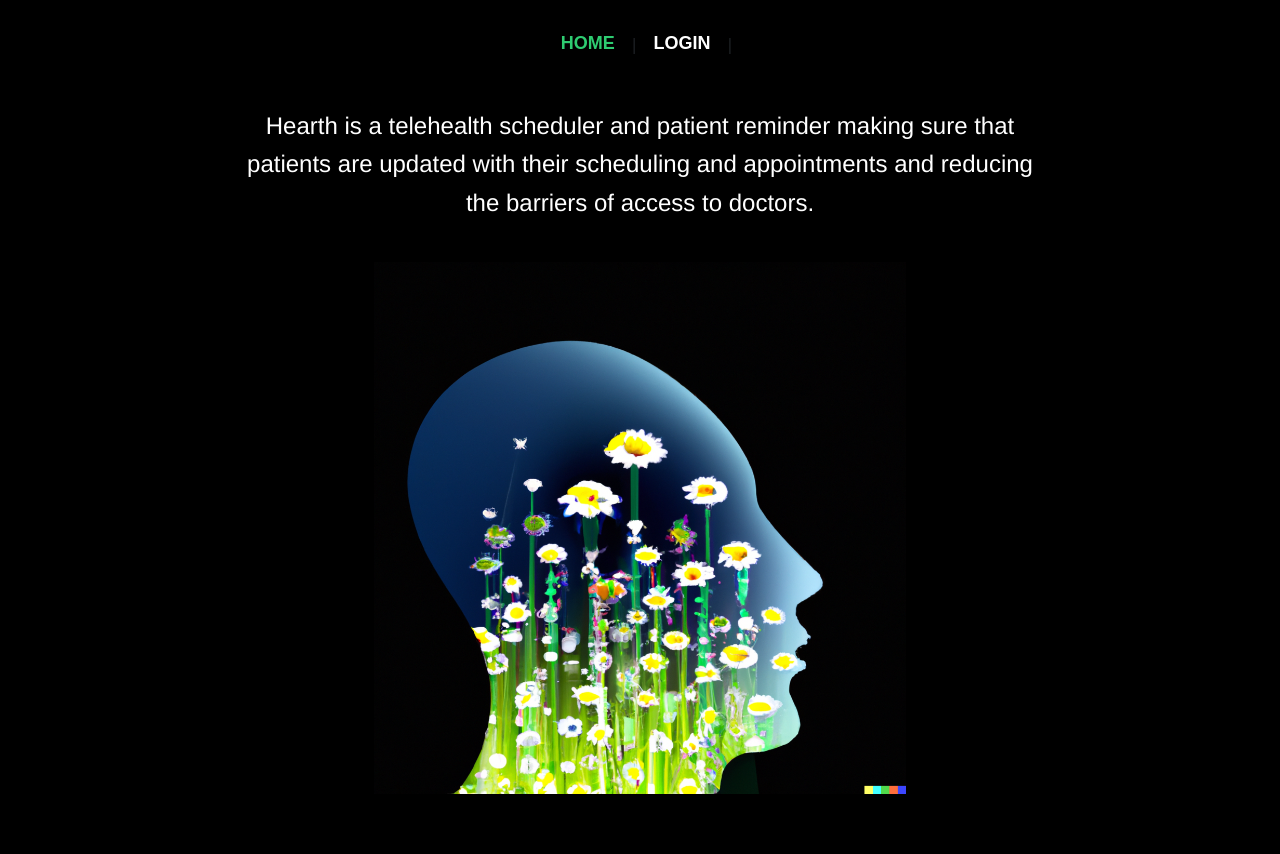
Repository: ag1372/RutgersHealthHackathon
Page: / (app in ruhealthhack/)
These files come from the project's save history. The page is drawn as it stood at one moment and after the next save; the edit follows.
The browser window is 1280 px wide. The pictures show the whole page.
The project was rebuilt for these pictures with package versions that can differ from the ones it lists, and the page was loaded fresh each time. Also part of the build but not shown: ruhealthhack/vue.config.js, ruhealthhack/views/Login.vue, ruhealthhack/views/Registration.vue.

Above is the page before, as saved 2023-11-04 19:08:19.

### ruhealthhack/public/index.html
<!DOCTYPE html>
<html lang="">
  <head>
    <meta charset="utf-8">
    <meta http-equiv="X-UA-Compatible" content="IE=edge">
    <meta name="viewport" content="width=device-width,initial-scale=1.0">
    <!-- <link rel="stylesheet" href="/styles.css"> -->
  </head>
  <body>
    <div id="app"></div>
  </body>
</html>

### ruhealthhack/src/main.js
import { createApp } from 'vue';
import App from './App.vue';
import router from './router';
import '/stylesheets/styles.css';
import 'bootstrap/dist/css/bootstrap.min.css';
import 'bootstrap';


const app = createApp(App);
app.use(router);
app.mount('#app');

### ruhealthhack/src/App.vue
<template>

  <nav>
      <router-link to="/"> Home </router-link> |
      <!-- <router-link to="/registration">Registration</router-link> | -->
      <router-link to="/login">Login</router-link> |
  </nav>
    <router-view></router-view>
</template>

<script>

</script>

### ruhealthhack/src/router/index.js
// src/router/index.js
import { createRouter, createWebHistory } from 'vue-router';
import Home from '/views/Home.vue';
import Login from '/views/Login.vue';
import Registration from '/views/Registration.vue';

// Create a new router instance with our route definitions
const router = createRouter({
  history: createWebHistory(), // Use the history mode to avoid hashes in URLs
  routes: [
    {
      path: '/',
      name: 'Home',
      component: Home,
    },
    {
      path: '/login',
      name: 'Login',
      component: Login,
    },
    {
      path: '/registration',
      name: 'Registration',
      component: Registration,
    },
    // Add more routes as needed
  ],
});

export default router;

### ruhealthhack/stylesheets/styles.css
/* styles.css */
body {
  margin: 0;
  font-family: 'Merriweather', 'Helvetica Neue', Helvetica, Arial, sans-serif;
  color: white;
}

#app {
  display: flex; /* Use flexbox to align children */
  flex-direction: column; /* Stack children vertically */
  justify-content: center; /* Center children vertically */
  align-items: center; /* Center children horizontally */
  text-align: center; /* Ensure text is centered as well */
  padding: 20px;
  min-height: 100vh; /* This ensures that the app element covers the whole viewport height */
  background-color: #000;
}

nav {
  background-color: #000;
  padding: 10px 20px;
  display: flex; /* Flexbox layout for the navigation */
  align-items: center; /* Align items vertically */
  justify-content: space-between; /* Space out nav items and logo */
}

nav a {
  color: white;
  text-decoration: none;
  margin: 0 15px; /* Increase spacing if needed */
  font-weight: bold;
  font-family: 'Poppins', sans-serif;
  font-size: 18px; /* Match the font size to Ophelia if needed */
  text-transform: uppercase; /* Uppercase letters for a more stylized look */
}

nav a:hover {
  color: #3498db; /* Blue color for hover state */
}

nav a.router-link-exact-active {
  color: #2ecc71; /* Green color for active state */
}

/* Add your dynamic text CSS here */
.dynamic-text {
  /* Styling for your dynamic text */
  font-family: 'Lato', sans-serif;
  font-size: 48px; /* Example size, adjust as necessary */
  font-weight: 700; /* Bold font */
  color: white; /* Text color */
  margin: 20px 0; /* Spacing above and below the text */
  /* You can add more styling as per your design requirements */
}

@keyframes fadeInOut {
  0%, 100% { opacity: 0; }
  50% { opacity: 1; }
}

.centered-text {
  font-family: 'Merriweather', 'Helvetica Neue', Helvetica, Arial, sans-serif;
  font-size: 24px;
  font-weight: 400;
  color: white;
  max-width: 800px;
  margin: 20px;
  line-height: 1.6;
}

### ruhealthhack/views/Home.vue
<template>
    <div id="app">


      <div class="centered-text">
        Hearth is a telehealth scheduler and patient reminder making sure that
        patients are updated with their scheduling and appointments and reducing
        the barriers of access to doctors.
      </div>
      <div class="image-section">
        <img src="@/assets/HomePagePic.png" alt="Home Page Picture" />
      </div>
    </div>
  </template>

  <script>
  export default {
    name: 'HomePage',
    // You can add data, computed properties, methods, etc. here as needed.
  }
  </script>

  <style>
.content-wrapper {
  display: flex;
  justify-content: center;
  align-items: center;
  gap: 20px;
}

.text-section {
  font-size: 24px;
  font-weight: 400;
  color: white;
  max-width: 50%; /* Adjust as per your layout requirement */
  margin: 20px;
  line-height: 1.6;
}

.image-section {
  max-width: 50%; /* Adjust as per your layout requirement */
  margin: 20px;
}

.image-section img {
  width: 100%; /* This will make sure the image is responsive */
  height: auto; /* Maintain the aspect ratio */
  display: block; /* Remove extra space below the image */

}
  </style>

After the next save:
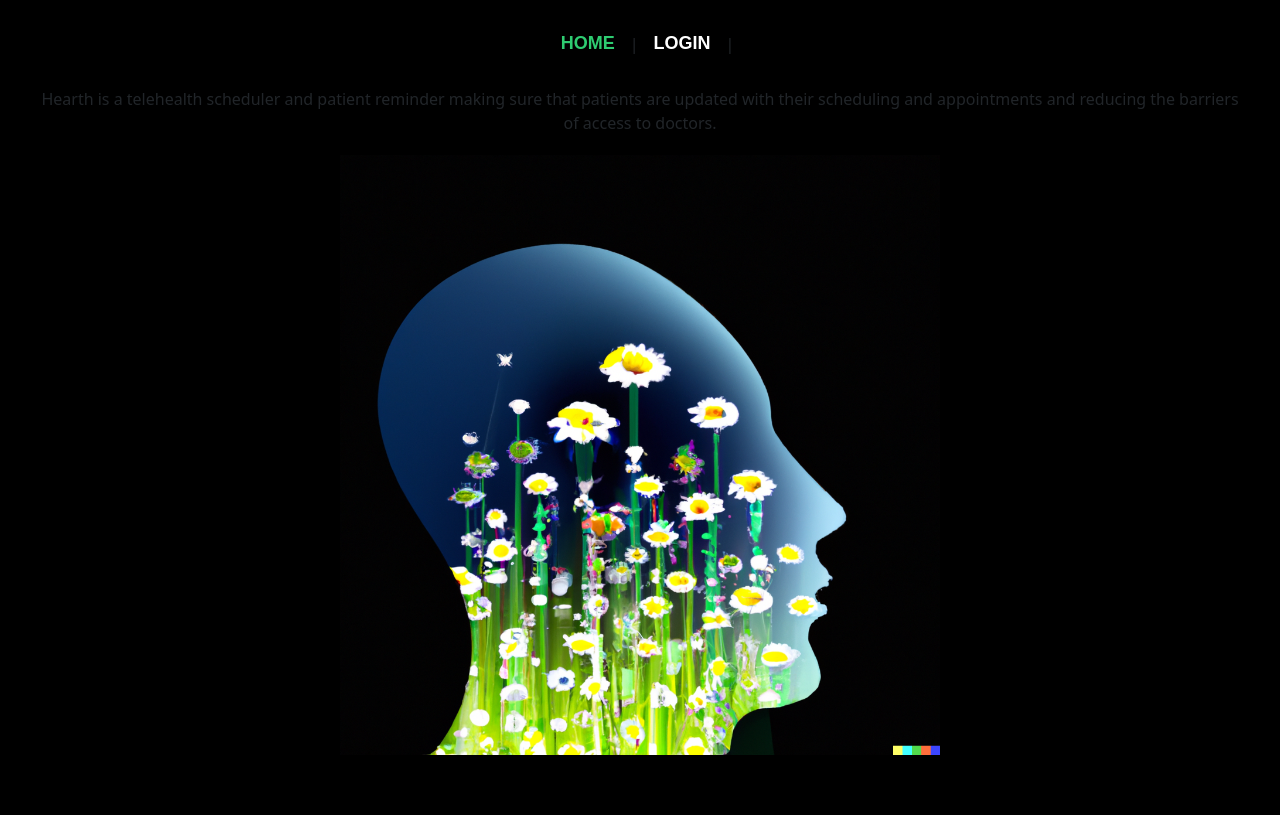
Saved 4 s later.
--- a/ruhealthhack/stylesheets/styles.css
+++ b/ruhealthhack/stylesheets/styles.css
@@ -58,7 +58,7 @@
   50% { opacity: 1; }
 }
 
-.centered-text {
+/* .centered-text {
   font-family: 'Merriweather', 'Helvetica Neue', Helvetica, Arial, sans-serif;
   font-size: 24px;
   font-weight: 400;
@@ -66,4 +66,4 @@
   max-width: 800px;
   margin: 20px;
   line-height: 1.6;
-}
+} */
